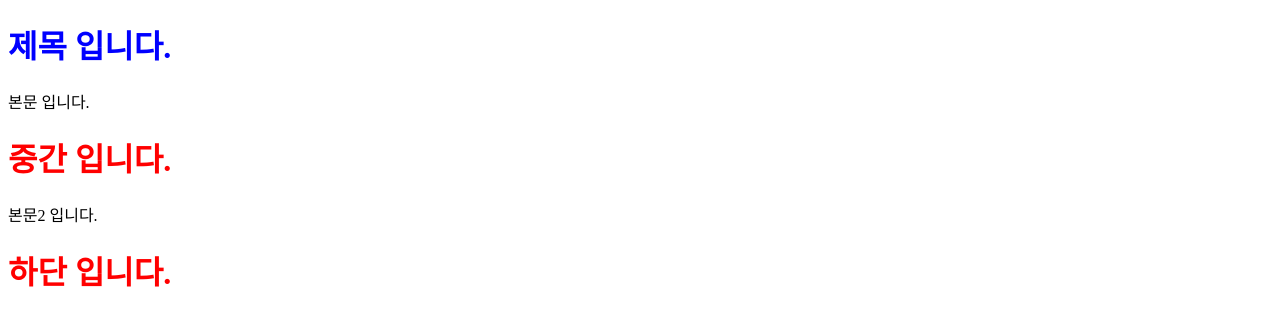
Repository: Pang-Ho/TIL
Page: JavaScript/workspace_web/csstest/WebContent/definition.html
The author's editor kept a copy of each file at every save. The page is drawn from the files as they stood at one save, then again after the next save.
The browser window is 1280 px wide. The pictures show the whole page.

Above is the page before, as saved 2021-08-20 04:17:12.

After the next save:
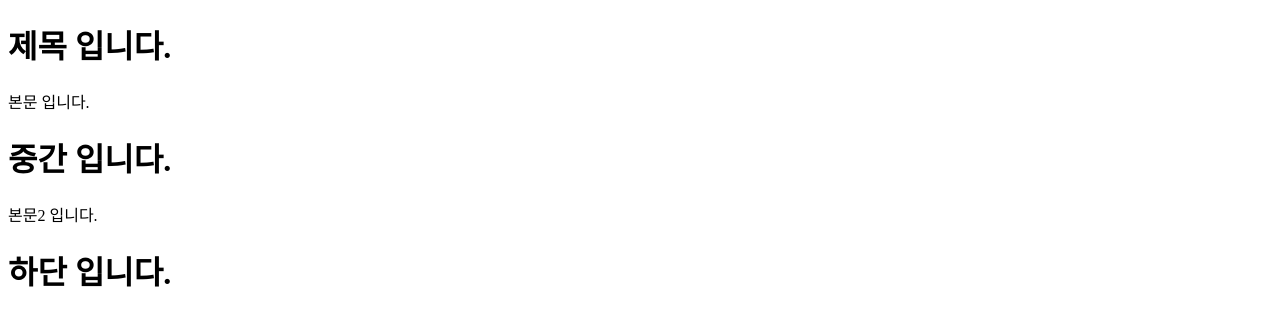
Saved 44 s later.
--- a/JavaScript/workspace_web/csstest/WebContent/definition.html
+++ b/JavaScript/workspace_web/csstest/WebContent/definition.html
@@ -8,13 +8,13 @@
 </style>
 </head>
 <body>
-<h1 style="color:blue;"> 제목 입니다.</h1>
+<h1> 제목 입니다.</h1>
 
 <p> 본문 입니다.</p>
 
-<h1 style="color:red;"> 중간 입니다.</h1>
+<h1> 중간 입니다.</h1>
 
 <p> 본문2 입니다.</p>
-<h1 style="color:red;"> 하단 입니다.</h1>
+<h1> 하단 입니다.</h1>
 </body>
 </html>
